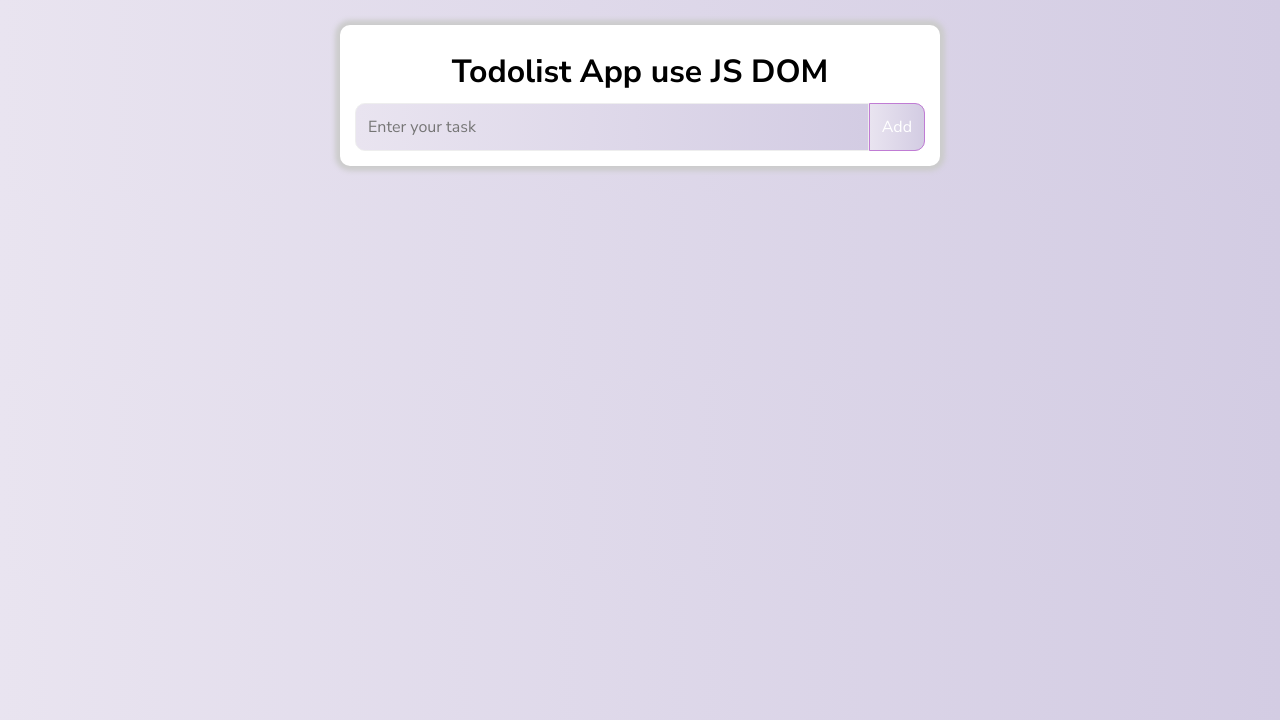
Repository: anhquan74-dev/todolist_app
Page: index.html
The author's editor kept a copy of each file at every save. The page is drawn from the files as they stood at one save, then again after a run of saves.
The browser window is 1280 px wide. The pictures show the whole page.
Some web libraries are served in a nearby version.

Above is the page before, as saved 2022-07-21 17:15:49.

After the next 3 saves:
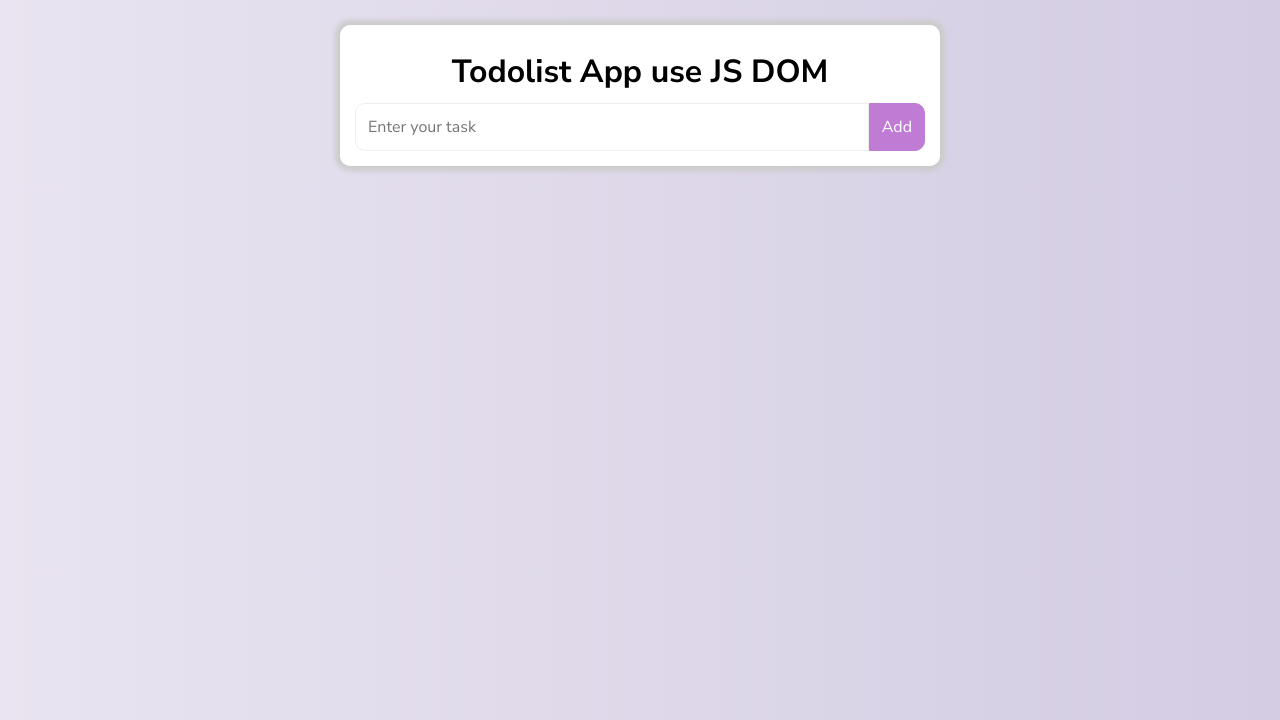
The 3 saves are shown as one change because they came seconds apart.
The last was saved 35 s later.
--- a/style.css
+++ b/style.css
@@ -4,10 +4,11 @@
     margin: 0;
     padding: 0;
     box-sizing: border-box;
+    font-family: 'Nunito Sans', sans-serif;
+
 }
-button, input,
+
 body {
-    font-family: 'Nunito Sans', sans-serif;
     background: #D3CCE3;  /* fallback for old browsers */
 background: -webkit-linear-gradient(to right, #E9E4F0, #D3CCE3);  /* Chrome 10-25, Safari 5.1-6 */
 background: linear-gradient(to right, #E9E4F0, #D3CCE3); /* W3C, IE 10+/ Edge, Firefox 16+, Chrome 26+, Opera 12+, Safari 7+ */
